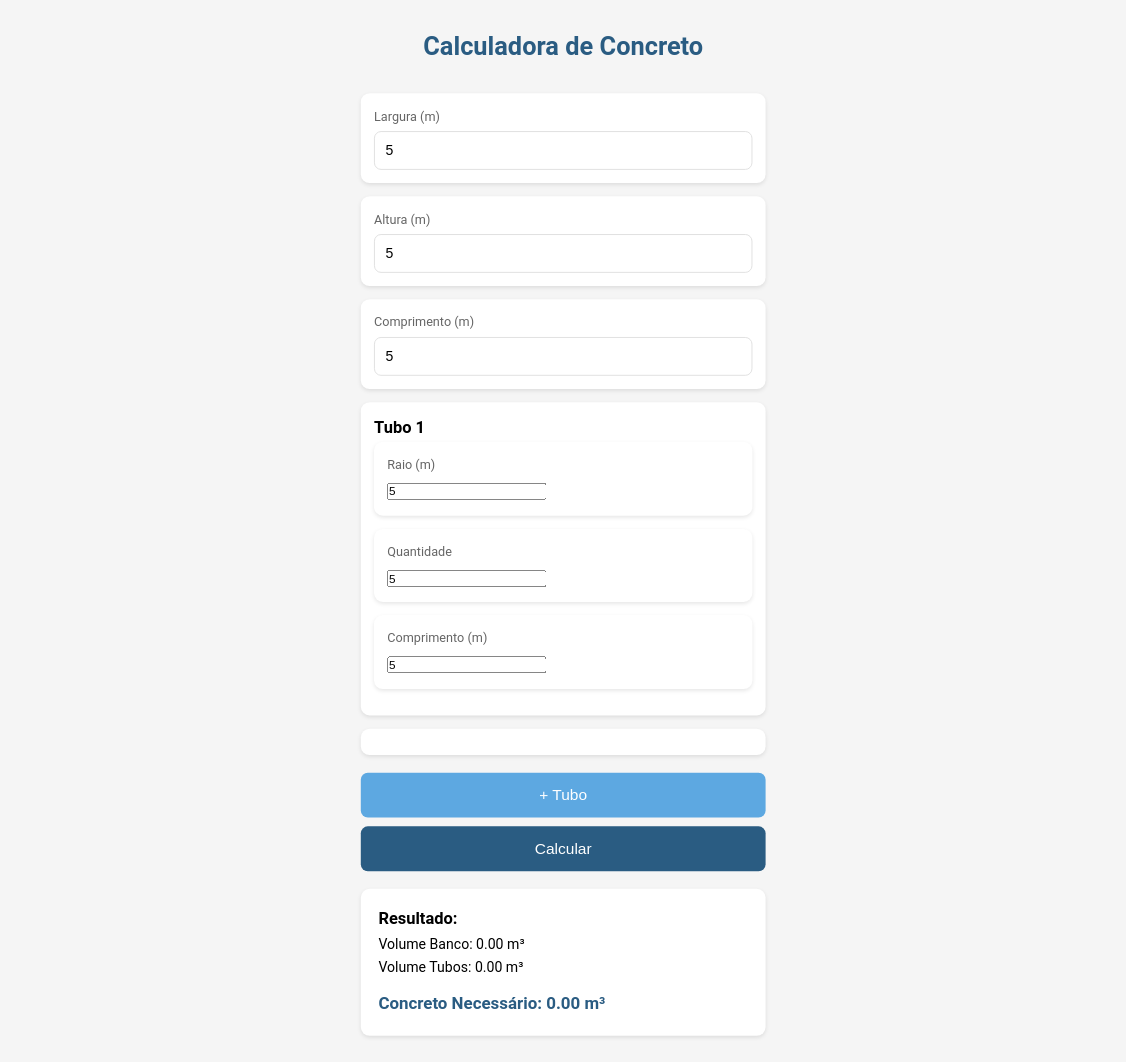
Repository: Valmir-Goncalves/calc_Uane_Souza
Page: concrete-calc/index.html
These files come from the project's save history. The page is drawn as it stood at one moment and after the next save; the edit follows.
The browser window is 1280 px wide. The pictures show the whole page, at 88% of full size.
Empty fields were first filled with sample values (such as "Sample", 5 or name@example.com).
After loading, the first visible `button.mobile-btn` was clicked once.

Above is the page before, as saved 2025-03-22 21:03:07.

After the next save:
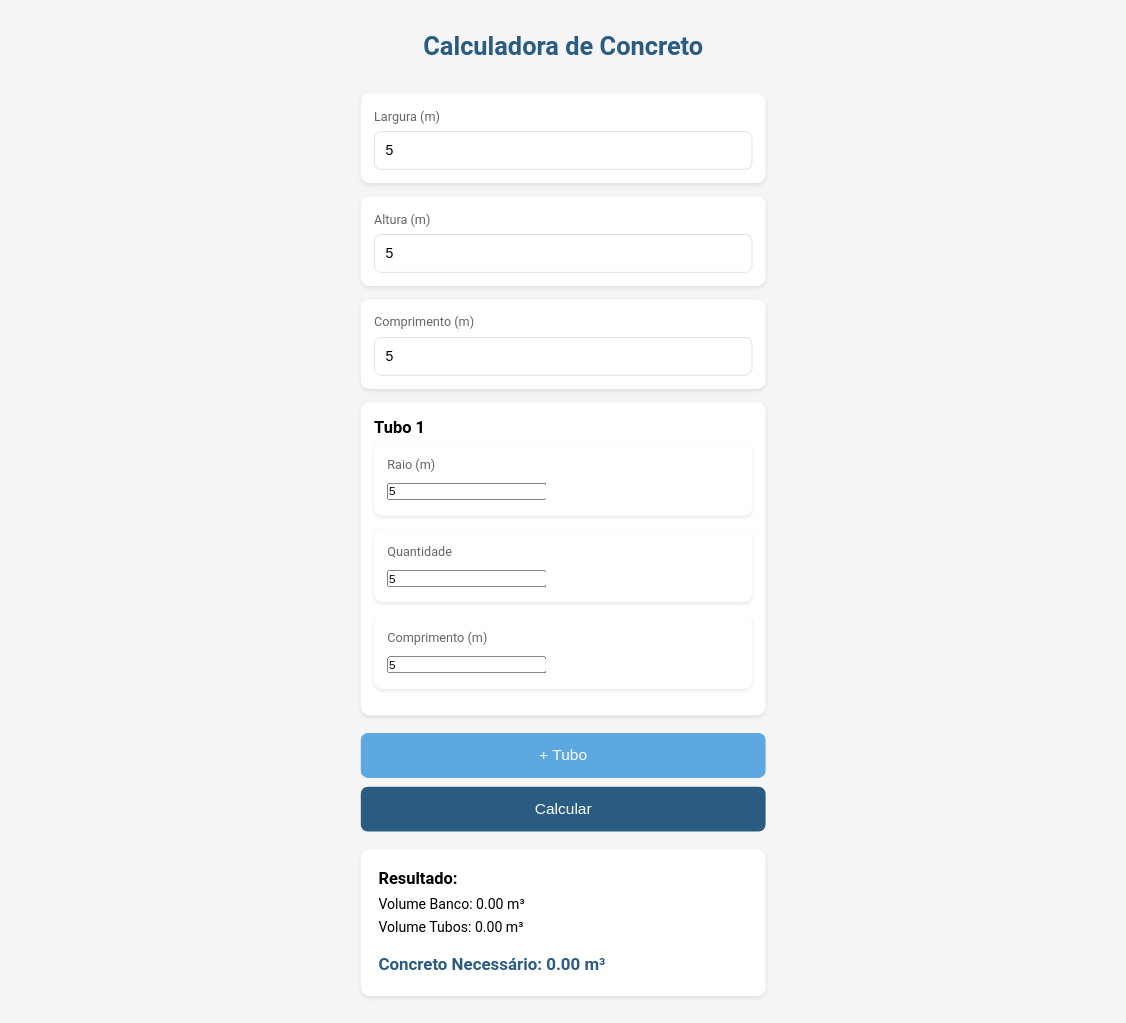
Console error: SyntaxError: Unexpected token '<'
Saved 5 s later.
--- a/concrete-calc/js/app.js
+++ b/concrete-calc/js/app.js
@@ -18,7 +18,96 @@
         tuboCount++;
         const novoItem = document.createElement('div');
         novoItem.className = 'tubo-item';
+        // Service Worker Registration
+if ('serviceWorker' in navigator) {
+    window.addEventListener('load', () => {
+        navigator.serviceWorker.register('/sw.js')
+            .then(registration => {
+                console.log('ServiceWorker registrado');
+            })
+            .catch(err => {
+                console.log('Falha no ServiceWorker:', err);
+            });
+    });
+}
 
+// Lógica da Calculadora
+let tuboCount = 1;
+
+function adicionarTubo() {
+    tuboCount++;
+    const novoItem = document.createElement('div');
+    novoItem.className = 'tubo-item';
+    novoItem.innerHTML =
+        <h3>Tubo ${tuboCount}</h3>
+        <div class="input-group">
+            <label>Raio (m)</label>
+            <input type="number" class="raio" step="0.01">
+        </div>
+        <div class="input-group">
+            <label>Quantidade</label>
+            <input type="number" class="quantidade">
+        </div>
+        <div class="input-group">
+            <label>Comprimento (m)</label>
+            <input type="number" class="comprimento-tubo" step="0.01">
+        </div>
+    ;
+    document.getElementById('tubos-container').appendChild(novoItem);
+}
+
+function calcular() {
+    const largura = parseFloat(document.getElementById('largura').value) || 0;
+    const altura = parseFloat(document.getElementById('altura').value) || 0;
+    const comprimento = parseFloat(document.getElementById('comprimento').value) || 0;
+
+    let volumeTubos = 0;
+
+    document.querySelectorAll('.tubo-item').forEach(tubo => {
+        const raio = parseFloat(tubo.querySelector('.raio').value) || 0;
+        const quantidade = parseFloat(tubo.querySelector('.quantidade').value) || 0;
+        const comprimentoTubo = parseFloat(tubo.querySelector('.comprimento-tubo').value) || 0;
+
+        volumeTubos += Math.PI * Math.pow(raio, 2) * comprimentoTubo * quantidade;
+    });
+
+    const volumeBanco = largura * altura * comprimento;
+    const concretoNecessario = volumeBanco - volumeTubos;
+
+    // Atualizar UI
+    document.getElementById('volume-banco').textContent = volumeBanco.toFixed(2);
+    document.getElementById('volume-tubos').textContent = volumeTubos.toFixed(2);
+    document.getElementById('concreto').textContent = concretoNecessario.toFixed(2);
+}
+
+// Salvar dados offline
+function salvarLocalmente() {
+    const dados = {
+        largura: document.getElementById('largura').value,
+        altura: document.getElementById('altura').value,
+        comprimento: document.getElementById('comprimento').value,
+        tubos: []
+    };
+
+    document.querySelectorAll('.tubo-item').forEach(tubo => {
+        dados.tubos.push({
+            raio: tubo.querySelector('.raio').value,
+            quantidade: tubo.querySelector('.quantidade').value,
+            comprimento: tubo.querySelector('.comprimento-tubo').value
+        });
+    });
+
+    localStorage.setItem('concreteCalcData', JSON.stringify(dados));
+}
+
+// Carregar dados salvos
+window.addEventListener('load', () => {
+    const savedData = localStorage.getItem('concreteCalcData');
+    if (savedData) {
+        const dados = JSON.parse(savedData);
+        // Implementar lógica de carregamento
+    }
+});
         document.getElementById('tubos-container').appendChild(novoItem);
     }
 

After the save that followed:
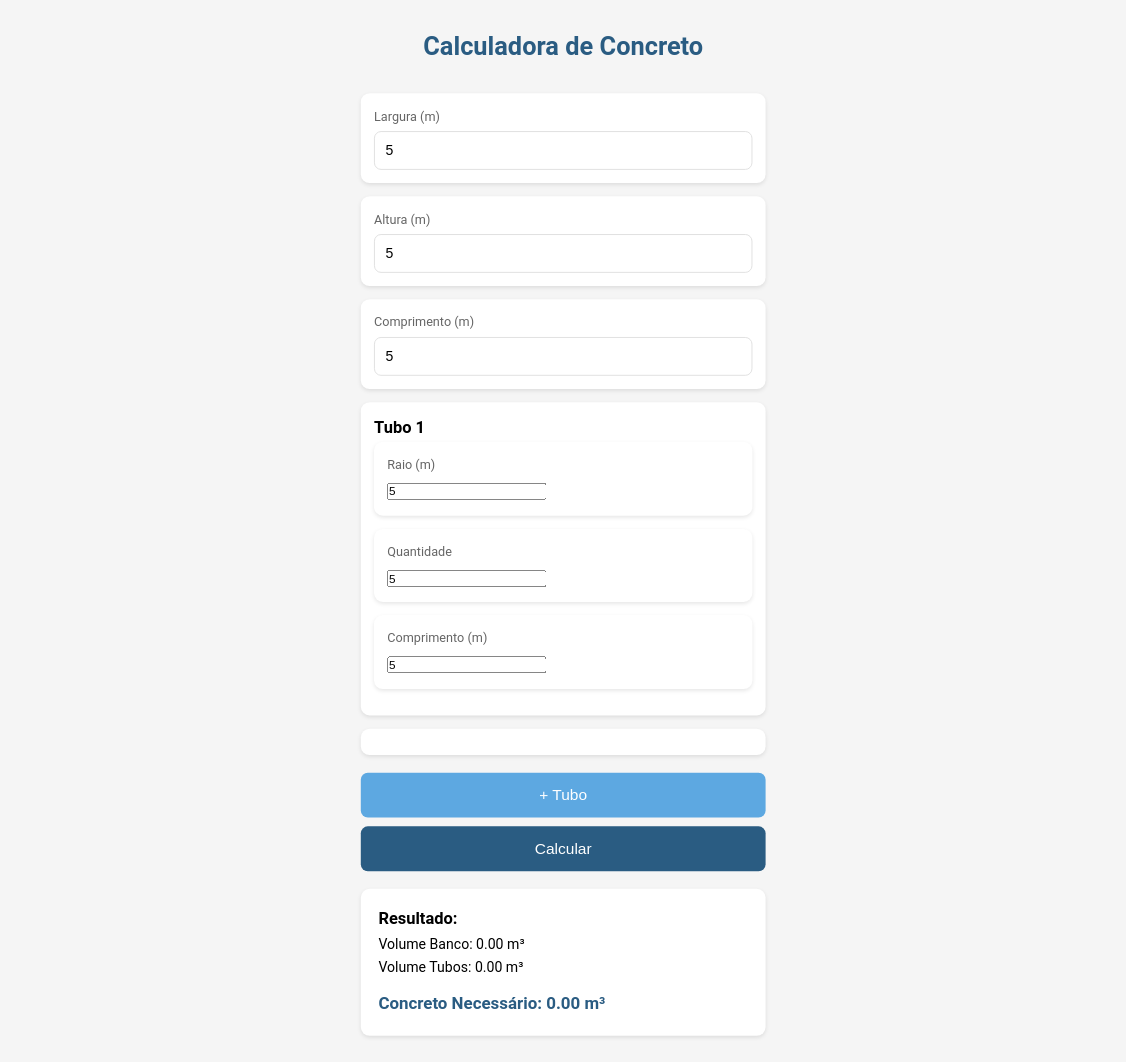
The error is gone.
Saved 5 min 32 s later.
--- a/concrete-calc/js/app.js
+++ b/concrete-calc/js/app.js
@@ -31,30 +31,6 @@
     });
 }
 
-// Lógica da Calculadora
-let tuboCount = 1;
-
-function adicionarTubo() {
-    tuboCount++;
-    const novoItem = document.createElement('div');
-    novoItem.className = 'tubo-item';
-    novoItem.innerHTML =
-        <h3>Tubo ${tuboCount}</h3>
-        <div class="input-group">
-            <label>Raio (m)</label>
-            <input type="number" class="raio" step="0.01">
-        </div>
-        <div class="input-group">
-            <label>Quantidade</label>
-            <input type="number" class="quantidade">
-        </div>
-        <div class="input-group">
-            <label>Comprimento (m)</label>
-            <input type="number" class="comprimento-tubo" step="0.01">
-        </div>
-    ;
-    document.getElementById('tubos-container').appendChild(novoItem);
-}
 
 function calcular() {
     const largura = parseFloat(document.getElementById('largura').value) || 0;
